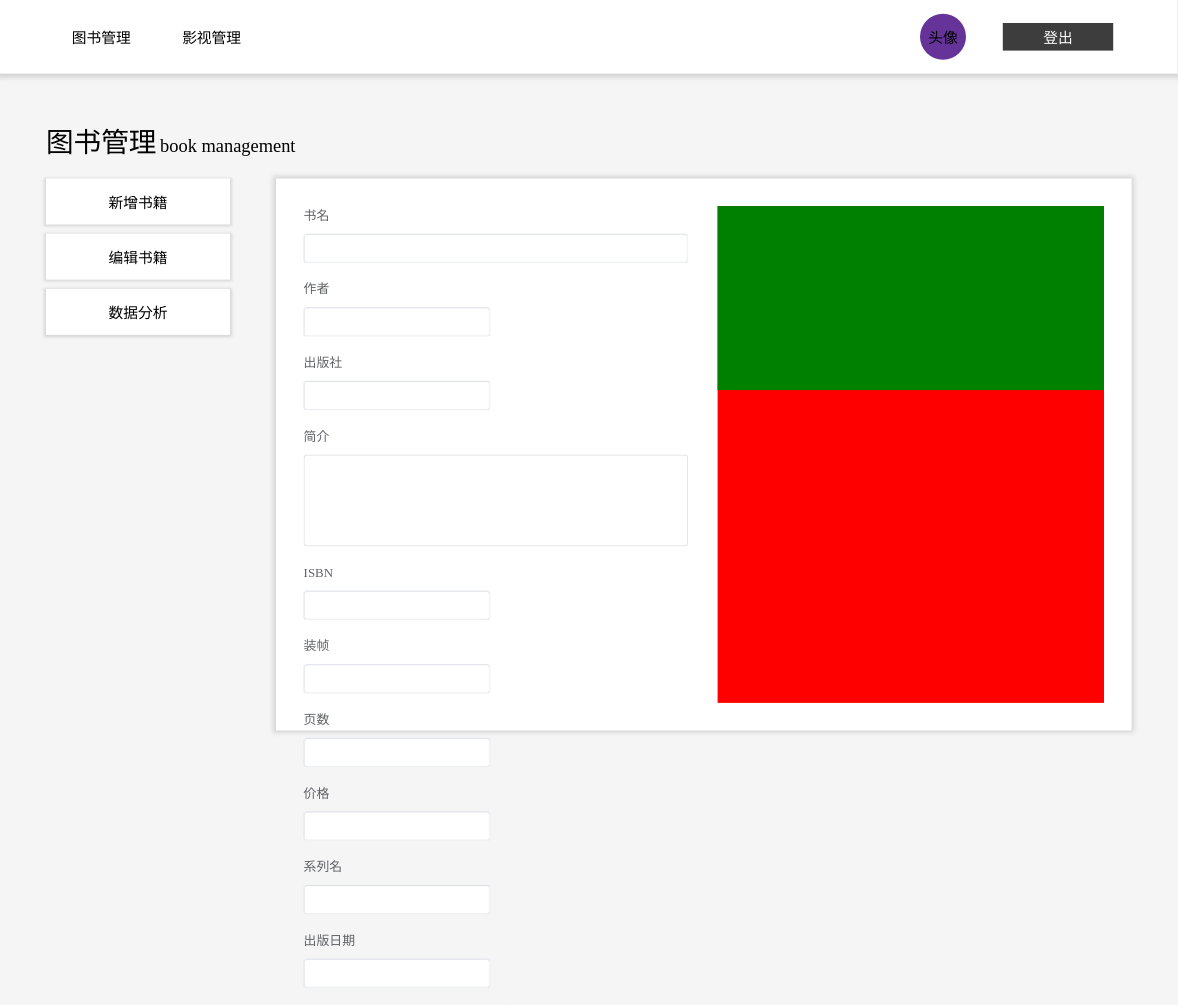
Repository: quanwangniuniu/Oasis-Reading-Platform
Page: /#/admin/books (app in Vue-frontend/)
These files come from the project's save history. The page is drawn as it stood at one moment and after the next save; the edit follows.
The browser window is 1280 px wide. The pictures show the whole page, at 92% of full size.
Some web fonts or font styles are not loaded; a fallback is used. The project was rebuilt for these pictures with package versions that can differ from the ones it lists, and the page was loaded fresh each time. Also part of the build but not shown: Vue-frontend/vite.config.js, Vue-frontend/src/components/Test.vue, Vue-frontend/src/components/user/books/BookCard.vue, Vue-frontend/src/components/axios/config.js, Vue-frontend/src/components/axios/api.js, Vue-frontend/src/components/user/books/Books.vue, Vue-frontend/src/components/user/movies/Favourites.vue, Vue-frontend/src/components/user/explore/Explore.vue and 10 more.

Above is the page before, as saved 2023-04-13 16:47:12.

After the next save:
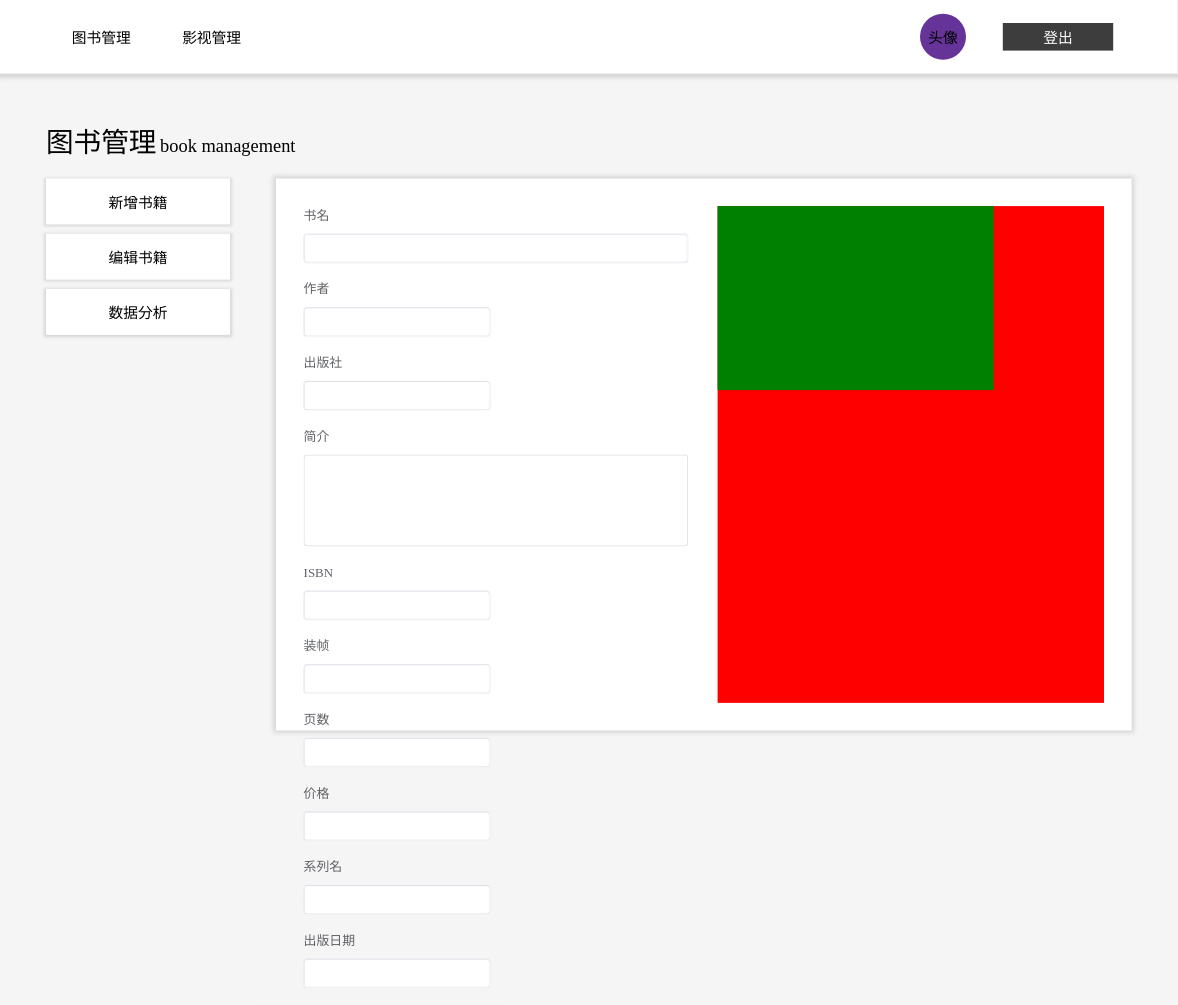
Saved 13 s later.
--- a/Vue-frontend/src/components/admin/bookManagement/BookManagement.vue
+++ b/Vue-frontend/src/components/admin/bookManagement/BookManagement.vue
@@ -126,7 +126,7 @@ const bookItem = ref({
 
 .book-img{
   height: 200px;
-  width: 100%;
+  width: 300px;
   background-color: green;
 }
 </style>
